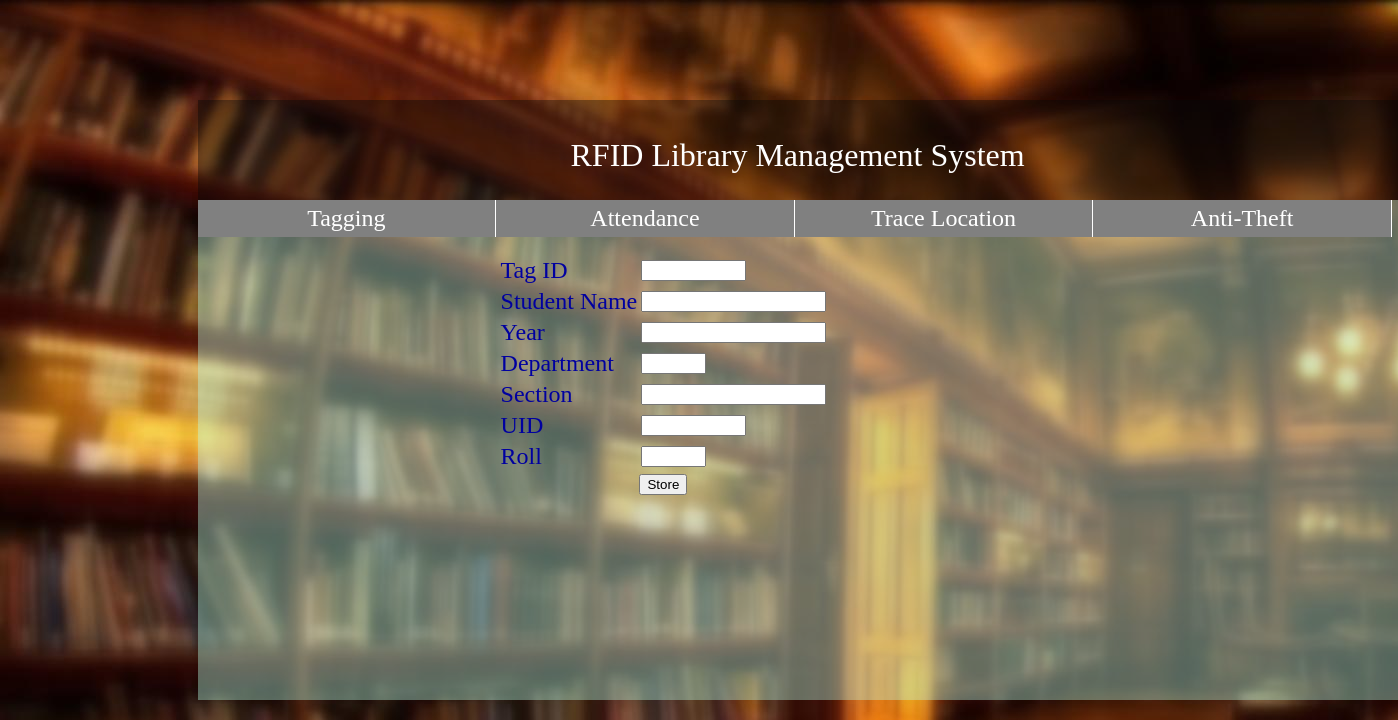
Repository: vigineshs/A-Smart-Data-Analyzer-for-Library-Management-System
Page: http://localhost/librarymgmt/updetails.jsp
The author's editor kept a copy of each file at every save. The page is drawn from the files as they stood at one save, then again after the next save.
The browser window is 1280 px wide. The page is 1398 px wide, so the pictures cover 1398 px, including what lies to the right of the window. The pictures show the whole page.
The page is served by Tomcat 9.

Above is the page before, as saved 2013-02-11 16:00:47.

After the next save:
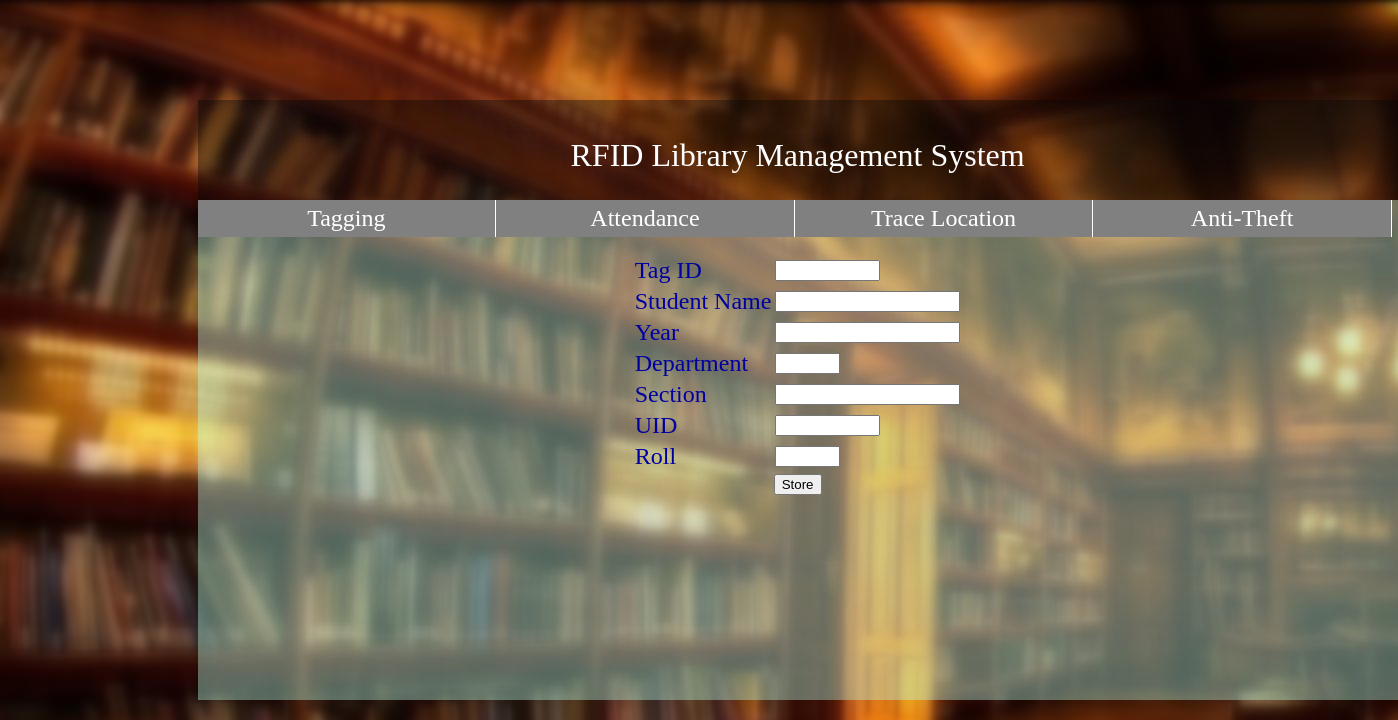
Saved 103 s later.
--- a/PassiveRFID/CS203-Version 1.0.6/Demo Applications/Dot Net C#/Demo Applications Source Code/RFID/librarymgmt/WebContent/updetails.jsp
+++ b/PassiveRFID/CS203-Version 1.0.6/Demo Applications/Dot Net C#/Demo Applications Source Code/RFID/librarymgmt/WebContent/updetails.jsp
@@ -62,6 +62,7 @@ if (x==null || x=="")
 RFID Library Management System
 </div>
 <div id="content">
+<center>
 <ul>
 <li><a href="tag.jsp">Tagging</a></li>
 <li><a href="attend.jsp">Attendance</a></li>
@@ -69,10 +70,7 @@ RFID Library Management System
 <li><a href="#">Anti-Theft</a></li>
 </ul>
 <br/><br/>
-	<div id="lcon">
 
-	</div>
-	<div id="rcon">
 <form name=f1 method=POST action="http://localhost:8080/librarymgmt/Update" onsubmit="return validateForm()" >
 <table>
 <tr><td>Tag ID</td><td><input type=text size=10 name=btag /></td></tr>
@@ -85,7 +83,7 @@ RFID Library Management System
 <tr><td colspan="2"><center><input type=submit value=Store  /></center></td></tr>
 </table>
 </form>
-	</div>
+</center>
 </div>
 </div>
 </div>
